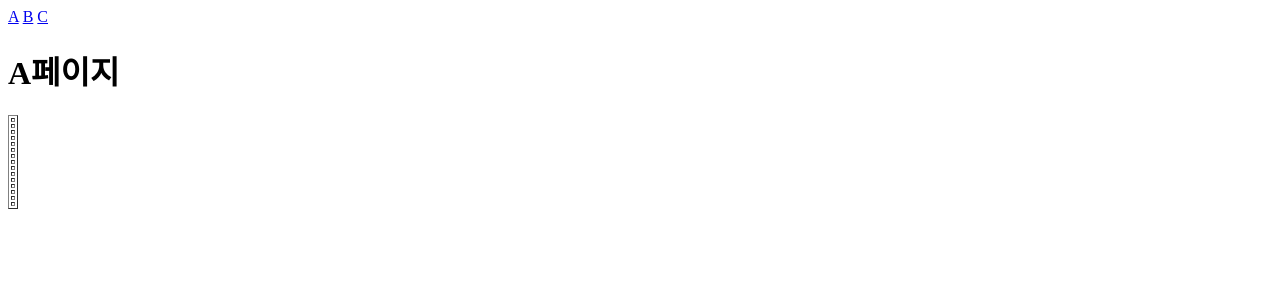
Repository: blueochild/jsp-study
Page: http://localhost/test/index.jsp?section=A
An editor plug-in stored every save of this project. The page is shown before and after the next save, followed by the edit.
The browser window is 1280 px wide. The pictures show the whole page.
The page is served by Tomcat 9.

Above is the page before, as saved 2020-12-07 04:59:13.

After the next save:
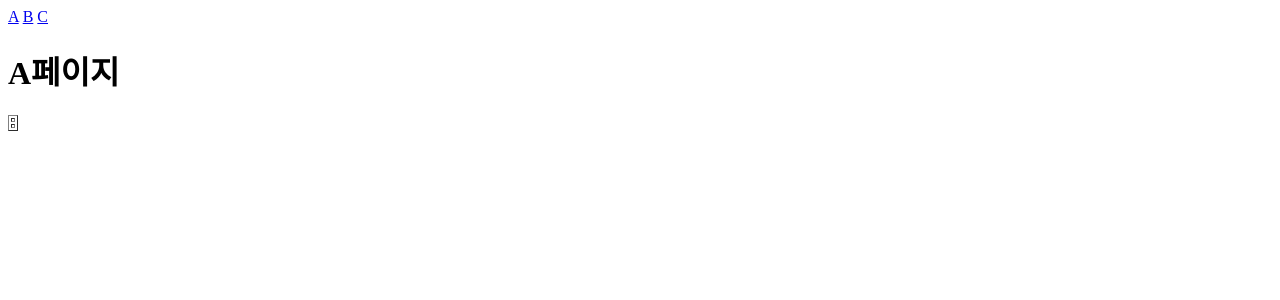
Saved 104 s later.
--- a/Test_Education_JSP/test/WebContent/index.jsp
+++ b/Test_Education_JSP/test/WebContent/index.jsp
@@ -32,11 +32,13 @@
 	<table border=1>
 		<%
 		for (int number : array){
+			if((number - 10) / 3 == 0 ){
 		%>
 			<tr>
 				<td></td>
 			</tr>
 		<%
+			}
 		}
 		%>
 	</table>
